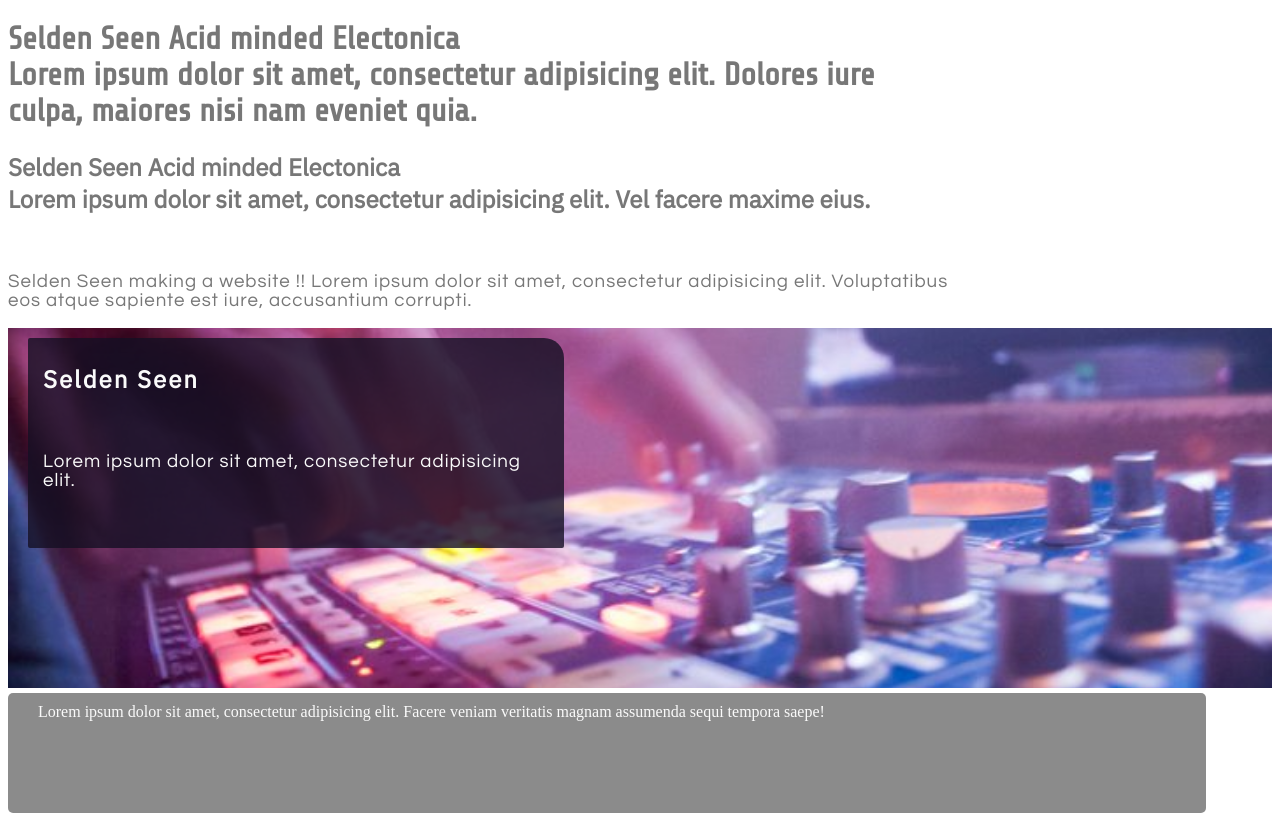
Repository: josvelema/milestone
Page: index.html
The author's editor kept a record of every edit. The page is drawn from the files as they stood at one moment, then again after the next edit.
The browser window is 1280 px wide. The pictures show the whole page.
Backgrounds fixed to the window are drawn as part of the page.

Above is the page before.

After the next edit:
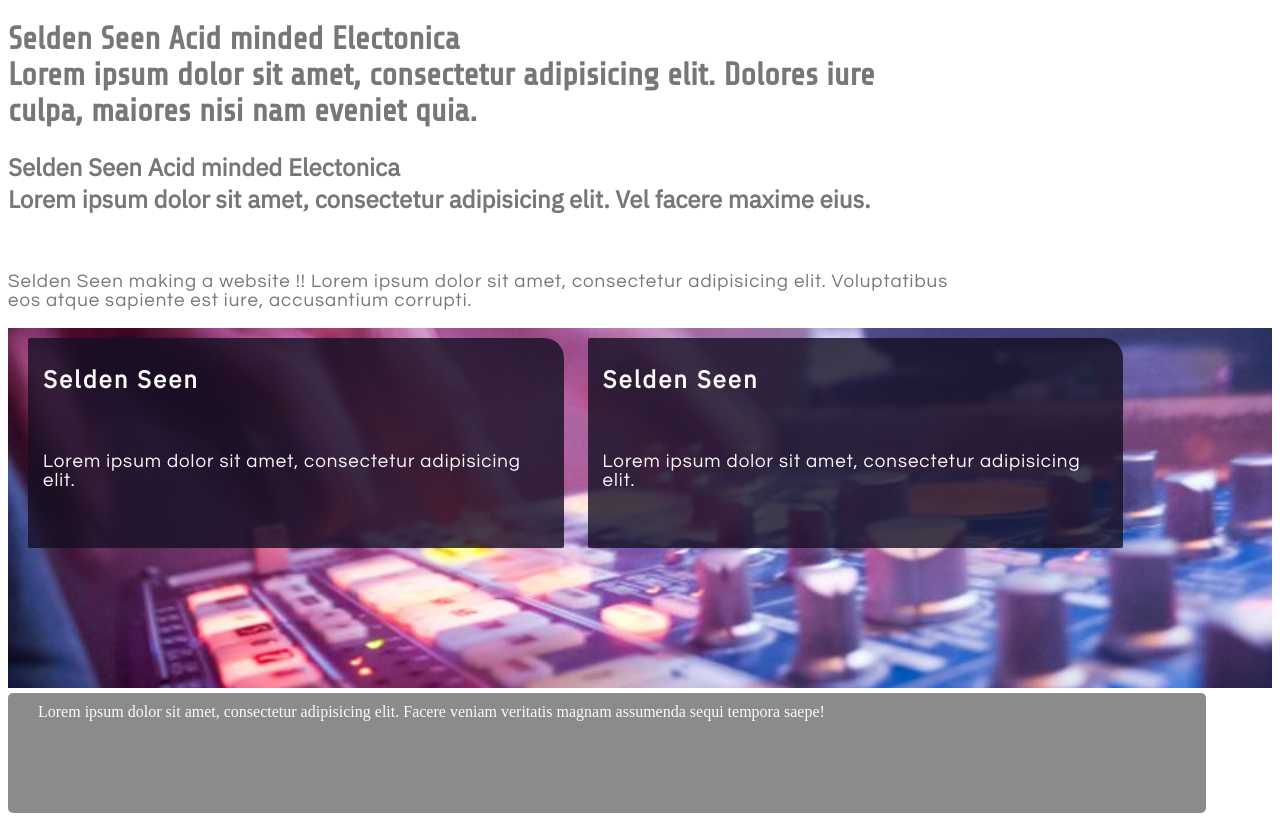
The edit:
--- a/index.html
+++ b/index.html
@@ -26,7 +26,12 @@
                 <h2>Selden Seen</h2>
                 <br>
                 <h3>Lorem ipsum dolor sit amet, consectetur adipisicing elit.</h3>
-            </div>
+            </span>
+            <span class="callout">
+                <h2>Selden Seen</h2>
+                <br>
+                <h3>Lorem ipsum dolor sit amet, consectetur adipisicing elit.</h3>
+            </span>
             </aside>
         </div>
     </section>
